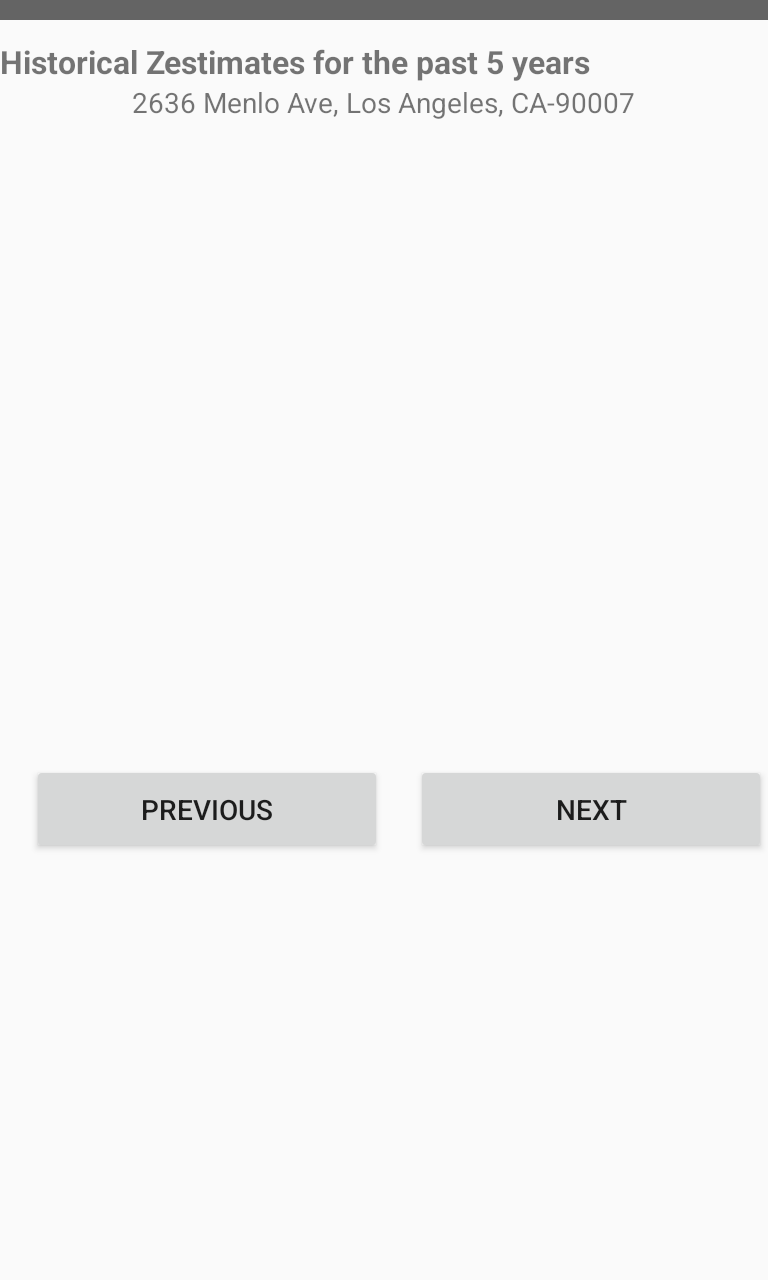
Repository: Warun26/PropertySearch
Layout: PropertySearch/res/layout/historical_zestimates_tab.xml
An editor plug-in stored every save of this project. The layout is shown before and after the next save, followed by the edit.
It is drawn on a 768 x 1280 px phone screen (xhdpi) without system bars, with theme AppTheme; the app's code is not run. The app's manifest (not shown) leaves right-to-left support off. So textAlignment, textDirection and layoutDirection are ignored, and left and right values win over start and end ones.

Above is the layout before, as saved 2014-11-23 04:17:46.

### PropertySearch/res/layout/historical_zestimates_tab.xml
<?xml version="1.0" encoding="utf-8"?>
<LinearLayout xmlns:android="http://schemas.android.com/apk/res/android"
    android:id="@+id/tab2"
    android:layout_width="fill_parent"
    android:layout_height="fill_parent"
    android:orientation="vertical" >

    <TextSwitcher
        android:id="@+id/chartYear"
        android:layout_width="fill_parent"
        android:layout_height="wrap_content"
        android:textAlignment="center"
        android:layout_gravity="center"
        android:background="#99000000"
        android:padding="5dp"
        android:textSize = "20sp"
        android:textStyle="bold" />

      <TextView
	     android:id="@+id/addres"
	     android:layout_width="fill_parent"
	     android:layout_height="wrap_content"
	     android:padding="0dp"
	     android:textSize="16sp"
	     android:textAlignment="center"
	     android:layout_gravity="center"
	     android:textStyle="bold"
	     android:text="Historical Zestimates for the past 5 years"
	     android:layout_marginTop="10dp">
	</TextView>

    <TextView
	     android:id="@+id/address"
	     android:layout_width="wrap_content"
	     android:layout_height="wrap_content"
	     android:padding="0dp"
	     android:textSize="14sp"
	     android:textAlignment="center"
	     android:layout_gravity="center"
	     android:text="2636 Menlo Ave, Los Angeles, CA-90007" >
	</TextView>

    <ImageSwitcher
      android:id="@+id/ZestimateCharts"
      android:layout_width="fill_parent"
      android:layout_height="300dp" >
    </ImageSwitcher>

    <LinearLayout
        android:id="@+id/imageNavigationButtons"
        android:layout_width="fill_parent"
        android:layout_height="wrap_content"
        android:orientation="horizontal">
	    <Button
	      	android:id="@+id/previousImageButton"
	        android:layout_width="fill_parent"
	        android:layout_height="wrap_content"
	        android:text="@string/previous"
	        android:layout_marginLeft="15dp"
	        android:layout_marginStart="7dp"
	        android:layout_marginTop="20dp"
	        android:paddingLeft="3dp"
	        android:paddingRight="3dp"
	        android:layout_weight="1" />

	    <Button
	      	android:id="@+id/nextImageButton"
	        android:layout_width="fill_parent"
	        android:layout_height="wrap_content"
	        android:text="@string/next"
	        android:layout_marginLeft="15dp"
	        android:layout_marginStart="7dp"
	        android:layout_marginTop="20dp"
	        android:paddingLeft="3dp"
	        android:paddingRight="3dp"
	        android:layout_weight="1" />
        </LinearLayout>
    <!--  TextView
        android:id="@+id/textView2"
        android:layout_width="wrap_content"
        android:layout_height="wrap_content"
        android:text="@string/body2" /-->
</LinearLayout>

### PropertySearch/res/values/strings.xml
<?xml version="1.0" encoding="utf-8"?>
<resources>

    <string name="app_name">PropertySearch</string>
    <string name="hello_world">Hello world!</string>
    <string name="action_settings">Settings</string>
    <string name="search">Search</string>
    <string name="title_activity_main">MainActivity</string>
    <string name="form_title">Search Your Property Here</string>
    <string name="street_address">Street Address</string>
    <string name="address">Address*:</string>
    <string name="city_label">City*:</string>
    <string name="city">City</string>
    <string name="state">State*:</string>
    <string name="zillow_image">Zillow Logo</string>
    <string name="error_message">This field is required.</string>
    <string name="body1">body1</string>
    <string name="body2">body2</string>
    <string name="previous">Previous</string>
    <string name="next">Next</string>
    <string name="more_details">See more details on Zillow:</string>
    <string-array name="states">
        <item>Choose State</item>
        <item>AL</item>
        <item>AK</item>
        <item>AZ</item>
        <item>AR</item>
        <item>CA</item>
        <item>CO</item>
        <item>CT</item>
        <item>DE</item>
        <item>DC</item>
        <item>FL</item>
        <item>GA</item>
        <item>HI</item>
        <item>ID</item>
        <item>IL</item>
        <item>IN</item>
        <item>IA</item>
        <item>KS</item>
        <item>KY</item>
        <item>LA</item>
        <item>ME</item>
        <item>MD</item>
        <item>MA</item>
        <item>MI</item>
        <item>MN</item>
        <item>MS</item>
        <item>MO</item>
        <item>MT</item>
        <item>NE</item>
        <item>NV</item>
        <item>NH</item>
        <item>NJ</item>
        <item>NM</item>
        <item>NY</item>
        <item>NC</item>
        <item>ND</item>
        <item>OH</item>
        <item>OK</item>
        <item>OR</item>
        <item>PA</item>
        <item>PA</item>
        <item>RI</item>
        <item>SC</item>
        <item>SD</item>
        <item>TN</item>
        <item>TX</item>
        <item>UT</item>
        <item>VT</item>
        <item>VA</item>
        <item>WA</item>
        <item>WV</item>
        <item>WI</item>
        <item>WY</item>
    </string-array>

    <string name="title_activity_display_property_details">Results from Zillow</string>

</resources>

Loaded but not shown: PropertySearch/res/values/styles.xml (common file); PropertySearch/res/values-v11/styles.xml (common file); PropertySearch/res/values-v14/styles.xml (common file)

After the next save:
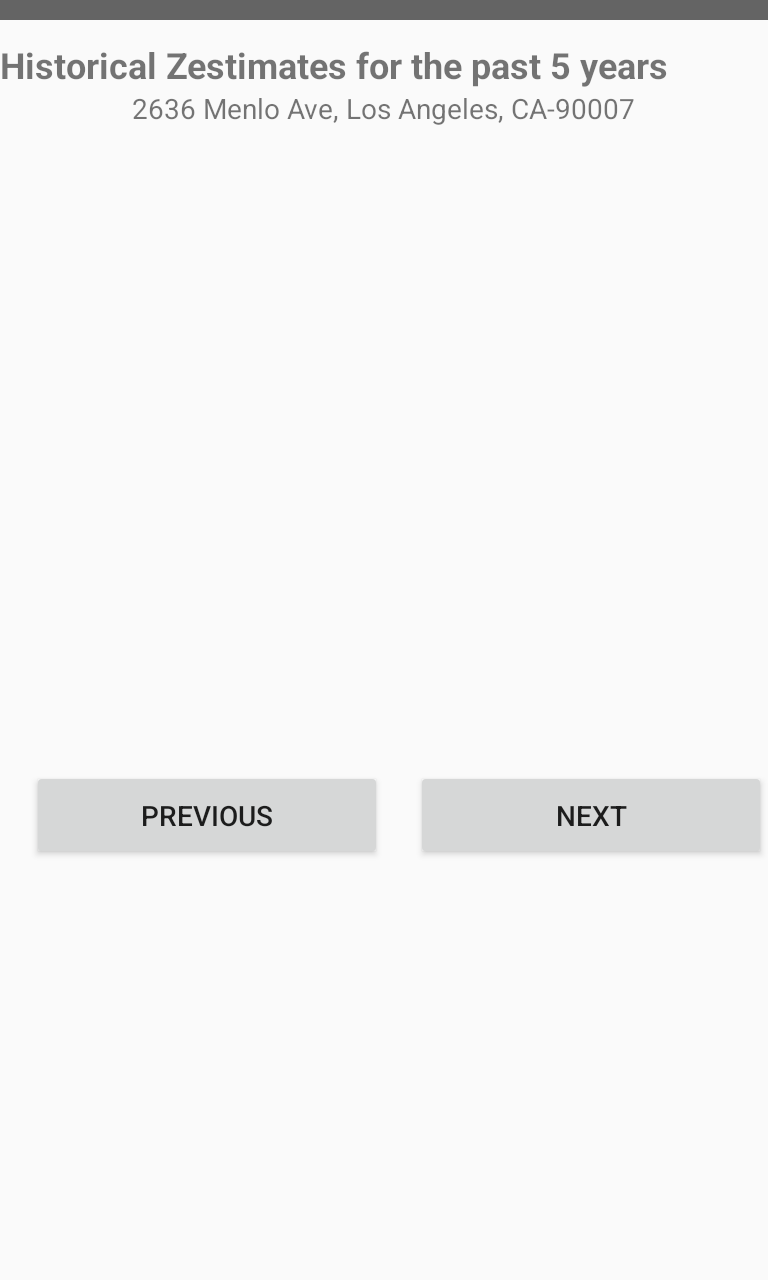
Saved 13 s later.
--- a/PropertySearch/res/layout/historical_zestimates_tab.xml
+++ b/PropertySearch/res/layout/historical_zestimates_tab.xml
@@ -21,7 +21,7 @@
 	     android:layout_width="fill_parent"
 	     android:layout_height="wrap_content"
 	     android:padding="0dp"
-	     android:textSize="16sp"
+	     android:textSize="18sp"
 	     android:textAlignment="center"
 	     android:layout_gravity="center"
 	     android:textStyle="bold"

After the save that followed:
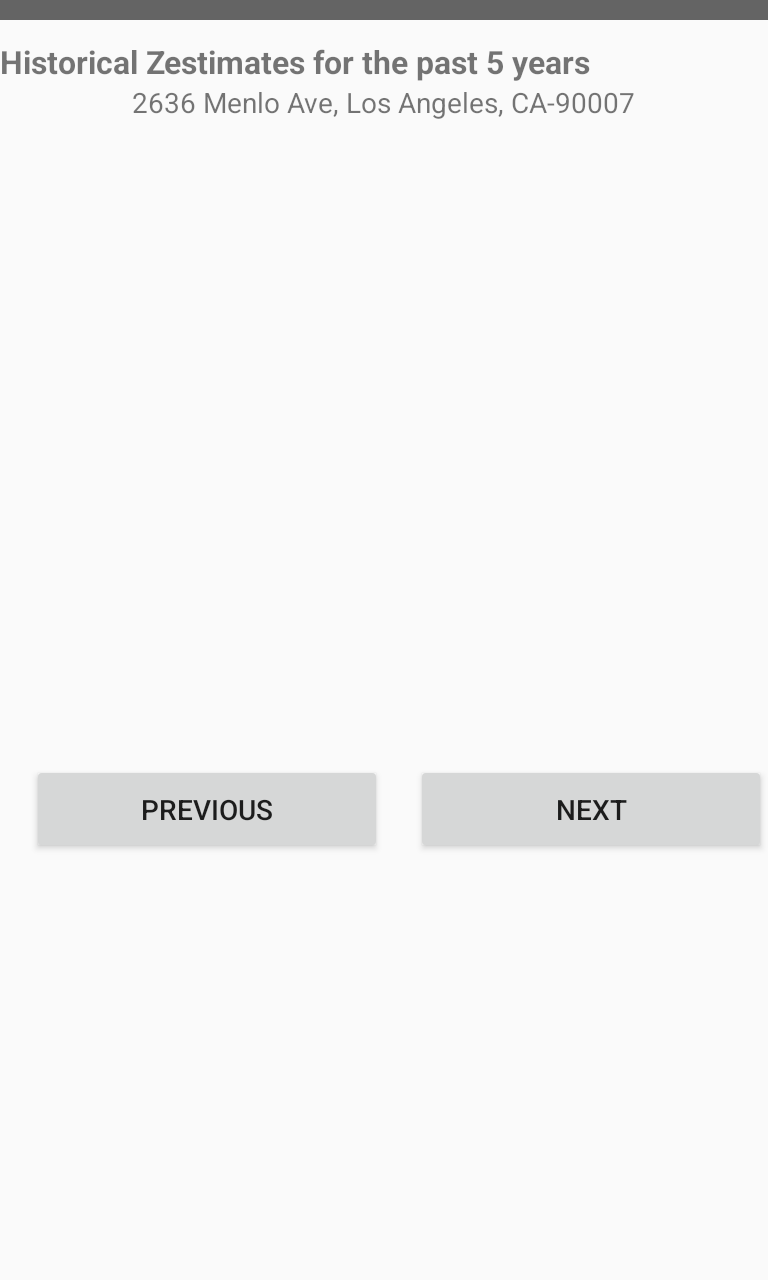
Saved 8 s later.
--- a/PropertySearch/res/layout/historical_zestimates_tab.xml
+++ b/PropertySearch/res/layout/historical_zestimates_tab.xml
@@ -21,7 +21,7 @@
 	     android:layout_width="fill_parent"
 	     android:layout_height="wrap_content"
 	     android:padding="0dp"
-	     android:textSize="18sp"
+	     android:textSize="16sp"
 	     android:textAlignment="center"
 	     android:layout_gravity="center"
 	     android:textStyle="bold"
